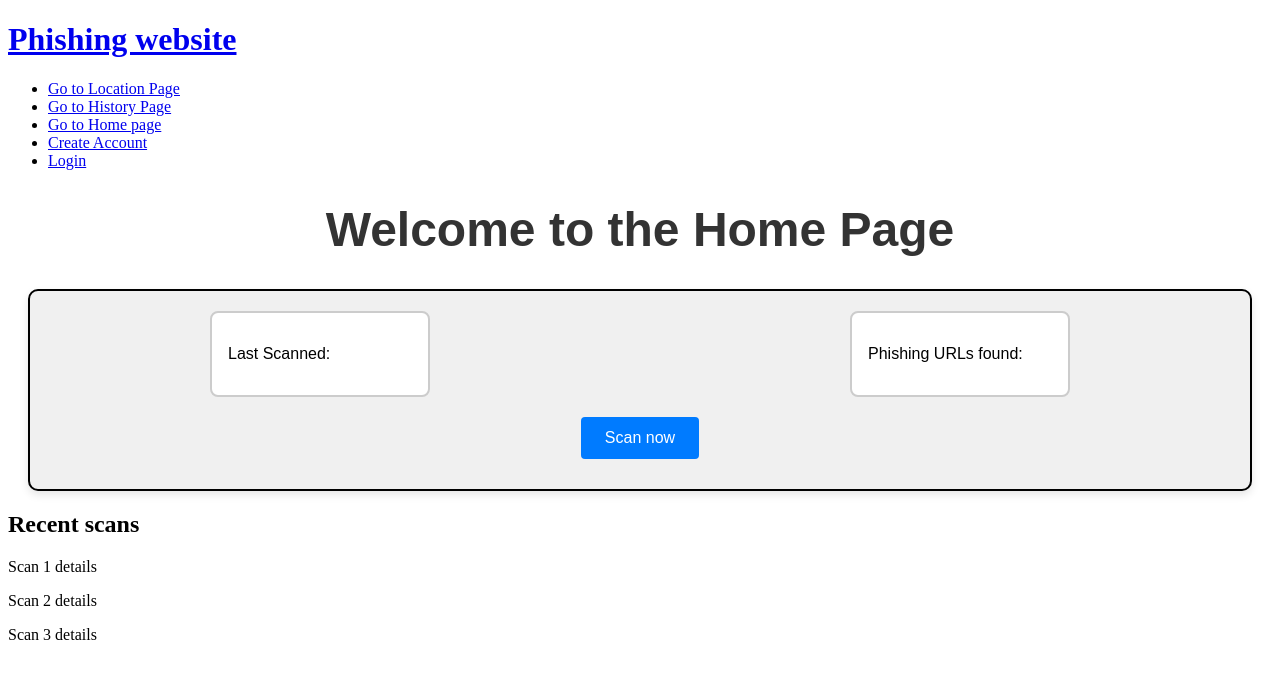
Repository: 2305199/Final-year-project
Page: / (app in frontend/)
These files come from the project's save history. The page is drawn as it stood at one moment and after the next save; the edit follows.
The browser window is 1280 px wide. The pictures show the whole page.
The project was rebuilt for these pictures with package versions that can differ from the ones it lists, and the page was loaded fresh each time. Also part of the build but not shown: frontend/vite.config.js, frontend/src/Location/Location.jsx, frontend/src/History/History.jsx, frontend/src/User/CreateAccount.jsx, frontend/src/User/Login.jsx.

Above is the page before, as saved 2026-01-29 01:25:51.

### frontend/src/App.jsx
import { BrowserRouter as Router, Routes, Route } from 'react-router-dom';
import Home from './Home/Home.jsx'
import Location from './Location/Location.jsx'
import History from './History/History.jsx'
import CreateAccount from './User/CreateAccount.jsx'
import Login from './User/Login.jsx'
import Header from './components/Header.jsx'

function App() {

  return (
    <Router>
    <Header />
   <Routes>
      <Route path="/" element={<Home />} />
      <Route path="/location" element={<Location />} />
      <Route path="/history" element={<History />} />
      <Route path="/createAccount" element={<CreateAccount />} />
      <Route path="/login" element={<Login />} />
   </Routes>
    </Router>
  )
}

export default App

### frontend/src/Home/Home.jsx
import styles from './Home.module.css'
function Home() {
    return ( <div>
        <div className={styles.title}> <h1>Welcome to the Home Page</h1></div>


<div className={styles.Box}>
  <div className={styles.topRow}>
    <div className={styles.Lscanned}>
      <p>Last Scanned:</p>
    </div>

    <div className={styles.Pfound}>
      <p>Phishing URLs found:</p>
    </div>
  </div>

  <button className={styles.scanButton}>Scan now</button>
</div>



    <div>
        <h2>Recent scans</h2>
        <div className={styles.recentScans}>
            <div className={styles.scanCard}><p>Scan 1 details</p></div>
            <div className={styles.scanCard}><p>Scan 2 details</p></div>
            <div className={styles.scanCard}><p>Scan 3 details</p></div>
        </div>
    </div>

    </div>)
}
export default Home

### frontend/src/components/Header.jsx
function Header() {
    return (<div>
    <h1> <a href="/">Phishing website </a></h1>
     <ul>
        <li><a href="/location">Go to Location Page</a></li>
        <li><a href="/history">Go to History Page</a></li>
        <li><a href="/">Go to Home page</a></li>
        <li><a href="/createAccount">Create Account</a></li>
        <li><a href="/login">Login</a></li>
    </ul>
    </div>)

}
export default Header

### frontend/src/Home/Home.module.css
.title{
    text-align: center;
    font-size: 1.5rem;
    margin-bottom: 20px;
    color: #333;
    font-family: 'Arial', sans-serif;
}
.Box{
    display: flex;
    flex-direction: column;
    align-items: center;
    justify-content: center;
   border: 2px solid black;
    padding: 20px;
    margin: 20px;
    background-color: #f0f0f0;
    border-radius: 10px;
    box-shadow: 0 4px 8px rgba(0, 0, 0, 0.1);

}
.container {
  display: grid;
  gap: 20px;
}

.Box {
  display: flex;
  flex-direction: column;
  align-items: center;
  gap: 20px;
}

.Lscanned,
.Pfound {
  border: 2px solid #ccc;
  padding: 16px;
  border-radius: 8px;
  background-color: #ffffff;
  font-family: 'Arial', sans-serif;
  width: 220px;
  box-sizing: border-box;
  margin-right: 200px;
  margin-left: 200px;
}

.scanButton {
  padding: 12px 24px;
  font-size: 16px;
  background-color: #007bff;
  color: #ffffff;
  border: none;
  border-radius: 4px;
  cursor: pointer;
  transition: background-color 0.3s ease;
  margin-bottom: 10px;
}
.topRow {
  display: flex;
  flex-direction: row; /* side by side */
  gap: 20px;
  align-items: center;
}

Loaded but not shown: frontend/index.html (common file); frontend/src/main.jsx (common file); frontend/src/index.css (no stored copy; drawn as an empty file)

After the next save:
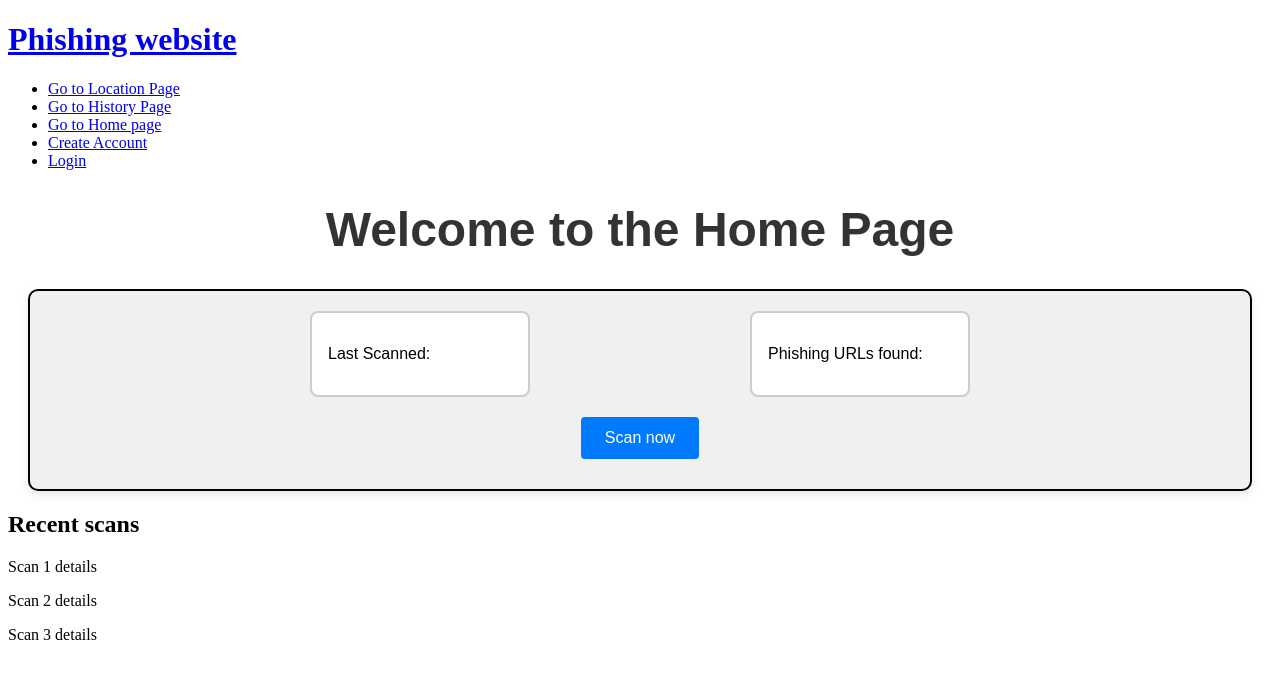
Saved 11 s later.
--- a/frontend/src/Home/Home.module.css
+++ b/frontend/src/Home/Home.module.css
@@ -39,8 +39,8 @@
   font-family: 'Arial', sans-serif;
   width: 220px;
   box-sizing: border-box;
-  margin-right: 200px;
-  margin-left: 200px;
+  margin-right: 100px;
+  margin-left: 100px;
 }
 
 .scanButton {
